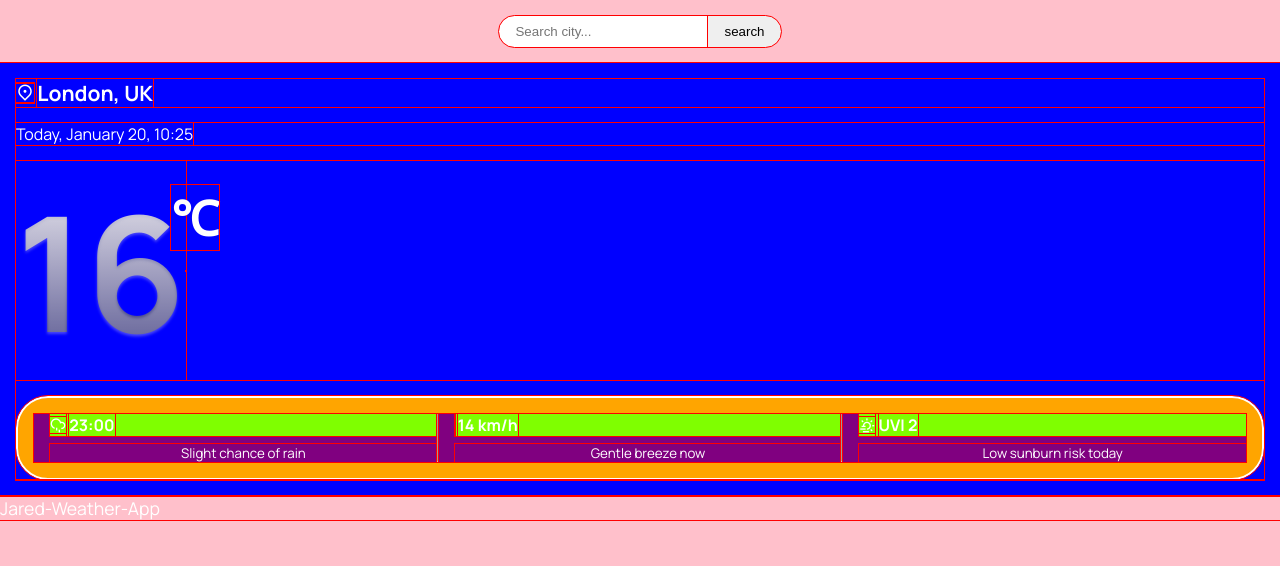
Repository: EguJaredoBoyd/Jared-Weather-App
Page: main.html
These files come from the project's save history. The page is drawn as it stood at one moment and after the next save; the edit follows.
The browser window is 1280 px wide. The pictures show the whole page.
Some icons come from a web library that is not loaded, so they are not drawn. Some web libraries are served in a nearby version.

Above is the page before, as saved 2026-01-23 23:48:35.

After the next save:
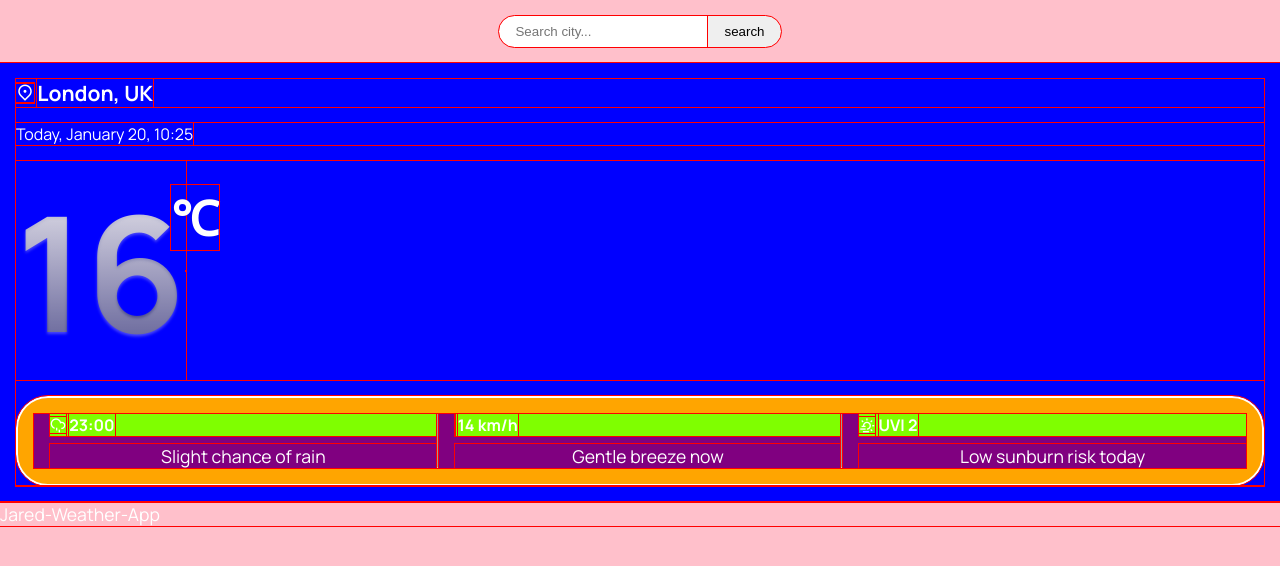
Saved 49 s later.
--- a/css/styles.css
+++ b/css/styles.css
@@ -120,6 +120,6 @@ main {
 }
 
 .forecast-item p {
-  font-size: smaller;
+  font-size: clamp(0.95rem, 2.5vw, 1.1rem);
   text-align: center;
 }
